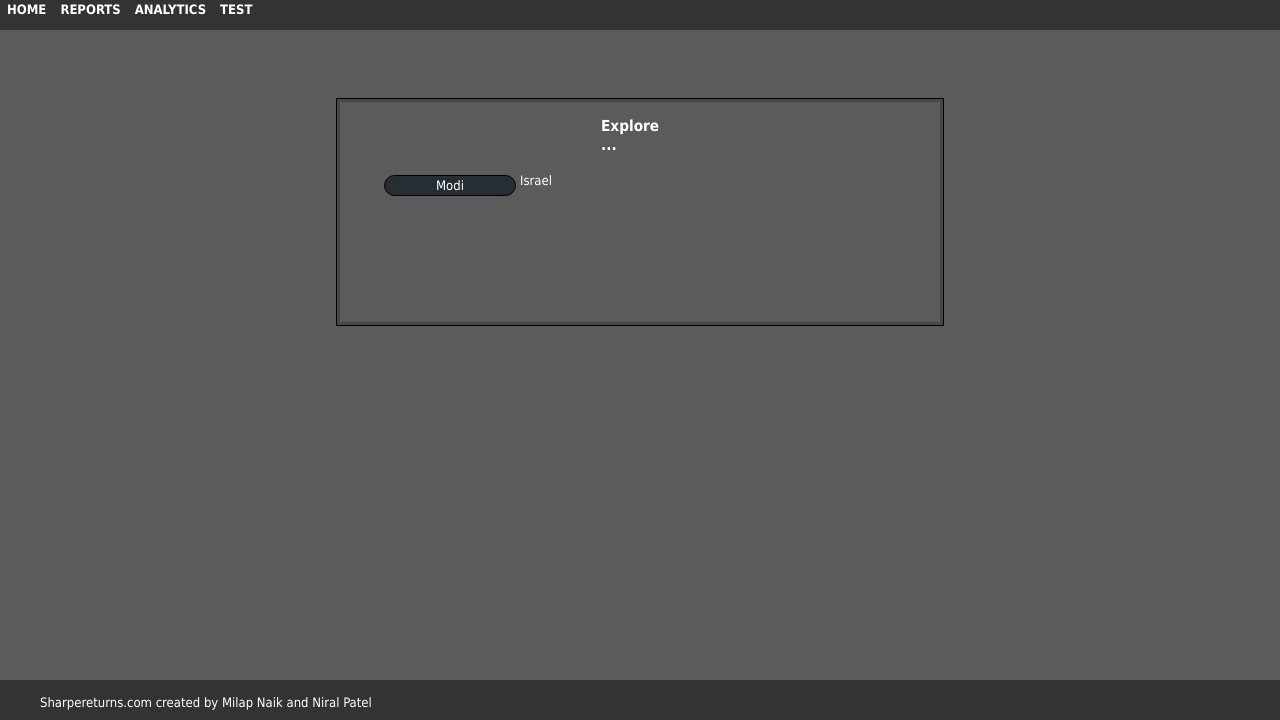
Repository: MilapNaik/Sharpereturns
Page: index.html
The author's editor kept a record of every edit. The page is drawn from the files as they stood at one moment, then again after the next edit.
The browser window is 1280 px wide. The pictures show the whole page.

Above is the page before.

After the next edit:
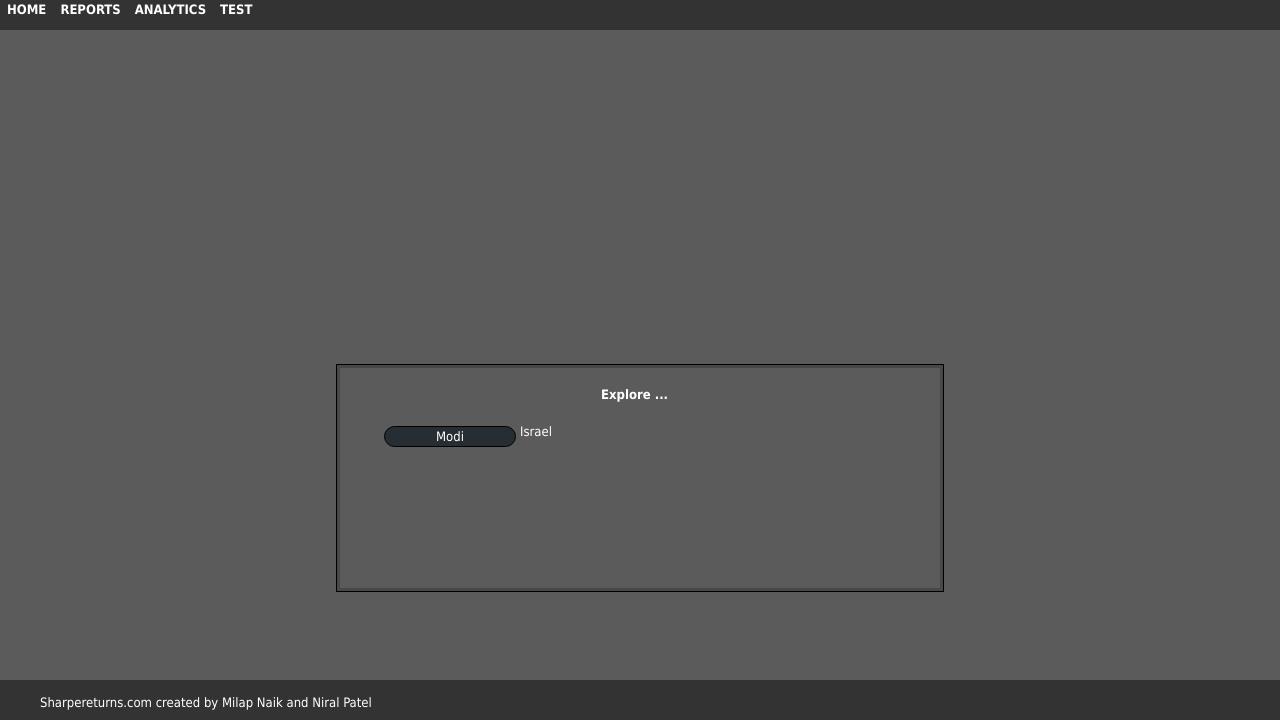
The edit:
--- a/index.html
+++ b/index.html
@@ -28,6 +28,17 @@
 	<br>
 	<br>
 
+	<section id = "ad">
+		<script async src="//pagead2.googlesyndication.com/pagead/js/adsbygoogle.js"></script>
+			<!-- Home Page -->
+			<ins class="adsbygoogle"
+	     		style="display:inline-block;width:336px;height:280px"
+	     		data-ad-client="ca-pub-3095210410543033"
+	     		data-ad-slot="3835040104"></ins>
+		<script>
+			(adsbygoogle = window.adsbygoogle || []).push({});
+		</script>
+
     <br>
     <br>
     <br>
